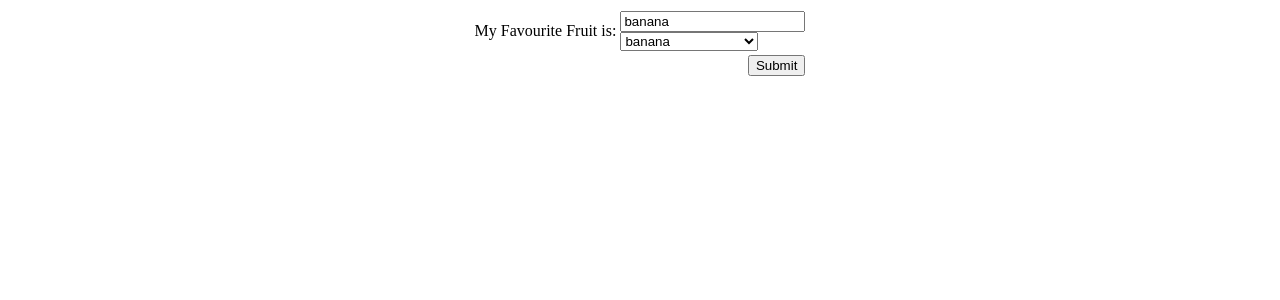
Repository: KingJF1/musical-octo-broccoli
Page: http://localhost/InputtransferselectDemo/
An editor plug-in stored every save of this project. The page is shown before and after the next save, followed by the edit.
The browser window is 1280 px wide. The pictures show the whole page.
The page is served by Tomcat 9.

Above is the page before, as saved 2017-03-31 13:42:28.

After the next save:
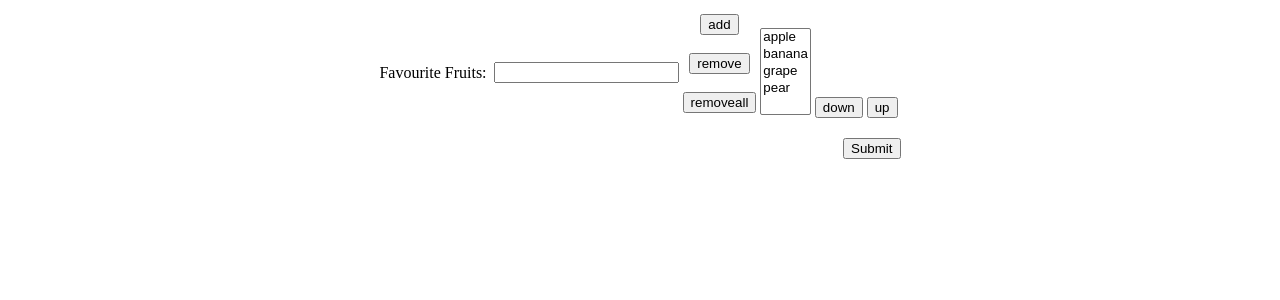
Console error: ReferenceError: StrutsUtils is not defined
Saved 3 min 36 s later.
--- a/workspace/InputtransferselectDemo/WebContent/index.jsp
+++ b/workspace/InputtransferselectDemo/WebContent/index.jsp
@@ -10,14 +10,15 @@
 <body>
 	<center>
 		<s:form action="user">
-			<s:combobox
-			label="My Favourite Fruit is"
-			name="fruit"
+			<s:inputtransferselect
+			label="Favourite Fruits"
+			name="fruits"
 			list="{'apple','banana','grape','pear'}"
-			headerKey="-1"
-			headerValue="---  Please Select ---"
-			emptyOption="true"
-			value="banana"/>
+			upLabel="up"
+			downLabel="down"
+			removeAllLabel="removeall"
+			removeLabel="remove"
+			addLabel="add"/>
 			<s:submit/>
 		</s:form>
 	</center>
